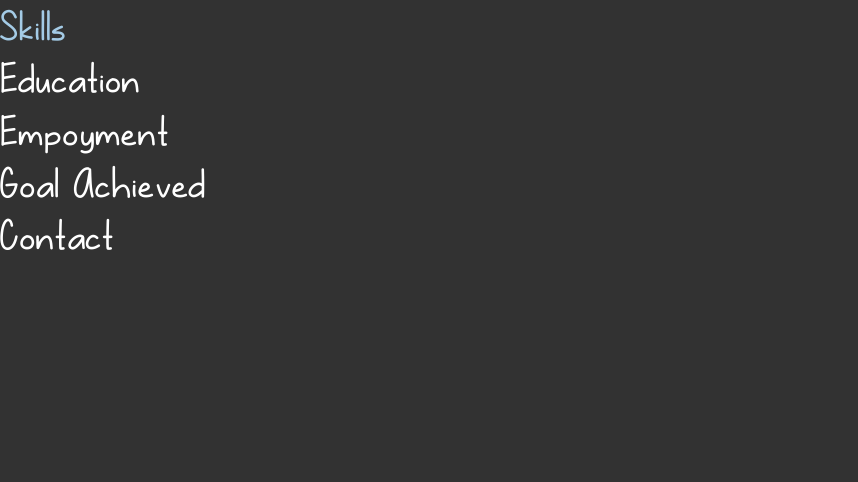
Repository: nikichanko/cv
Page: print.html
These files come from the project's save history. The page is drawn as it stood at one moment and after the next save; the edit follows.
The browser window is 1280 px wide. The pictures show the whole page, at 67% of full size.

Above is the page before, as saved 2018-08-10 03:19:01.

After the next save:
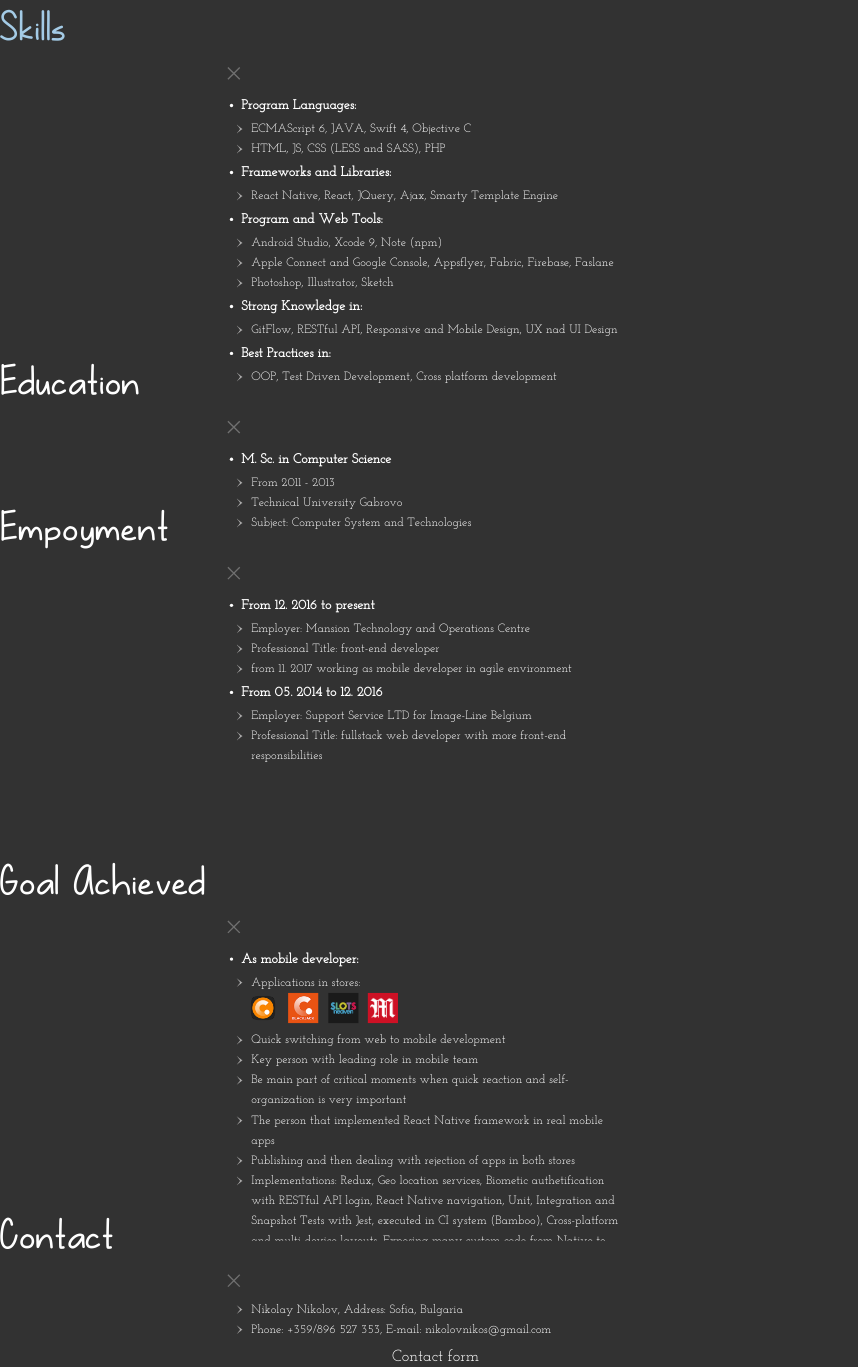
Saved 4 min 14 s later.
--- a/js/print.js
+++ b/js/print.js
@@ -5,7 +5,7 @@ $.get( "index.html", function( data ) {
     contents.each(function( i,v ) {
       var cont = v.innerHTML;
       var item = items[i].innerText;
-      $("#content").append($('<div class="item")>'+item+'</div><div class="content">'+cont+'</div>'));
+      $("#content").append($('<div class="item")>'+item+'</div><div class="content open">'+cont+'</div>'));
     });
   }
 //  $( ".result" ).html( data );
